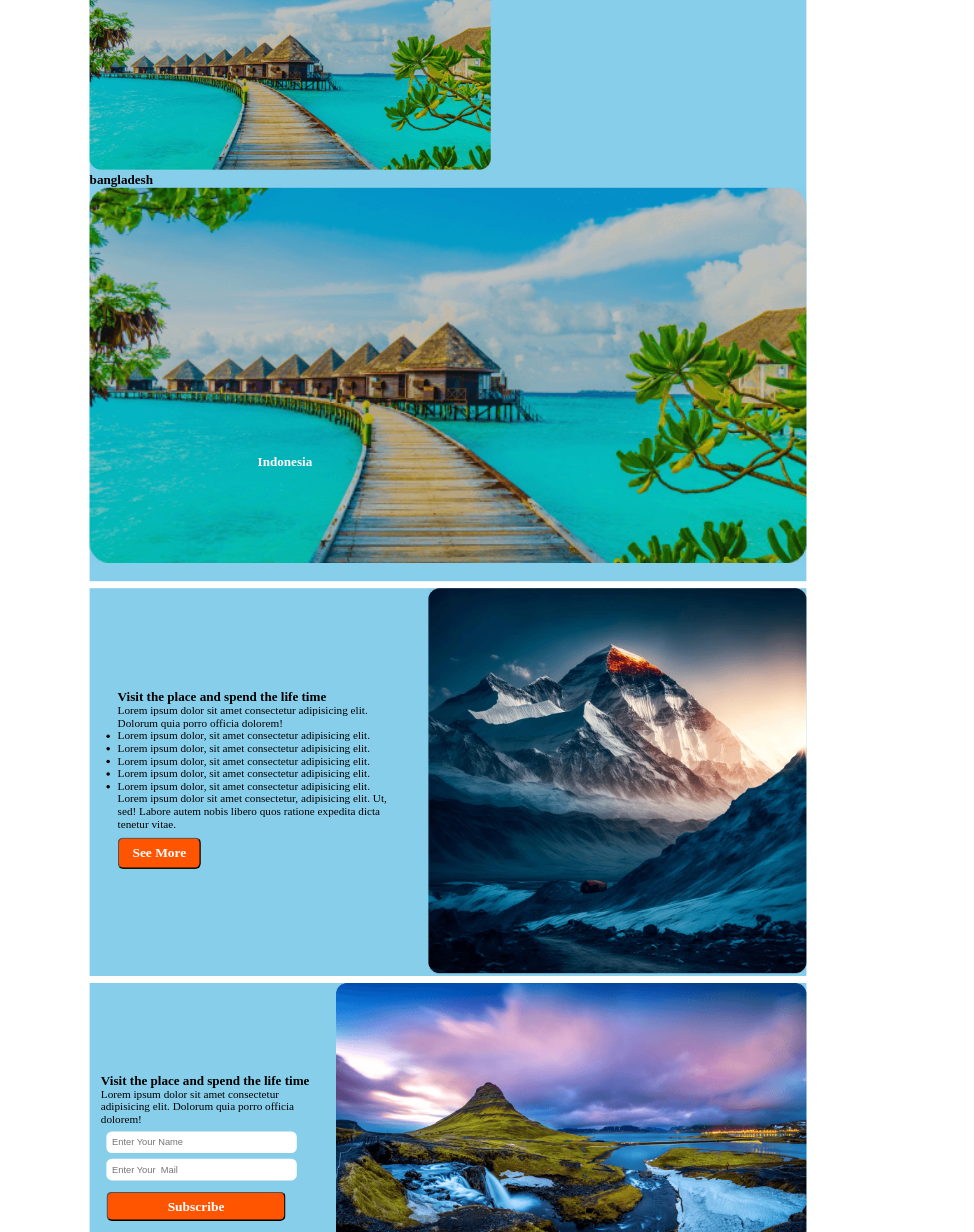
Repository: sumonkumarsarkar/Sk-Travel-Agency-
Page: index.html
An editor plug-in stored every save of this project. The page is shown before and after the next save, followed by the edit.
The browser window is 1280 px wide. The page is 1392 px wide, so the pictures cover 1392 px, including what lies to the right of the window. The pictures show the part of the page from y = 1736 to 3496 px (the page is 3862 px tall before and 3626 px after), at 70% of full size.

Above is the page before, as saved 2024-01-17 07:12:28.

After the next save:
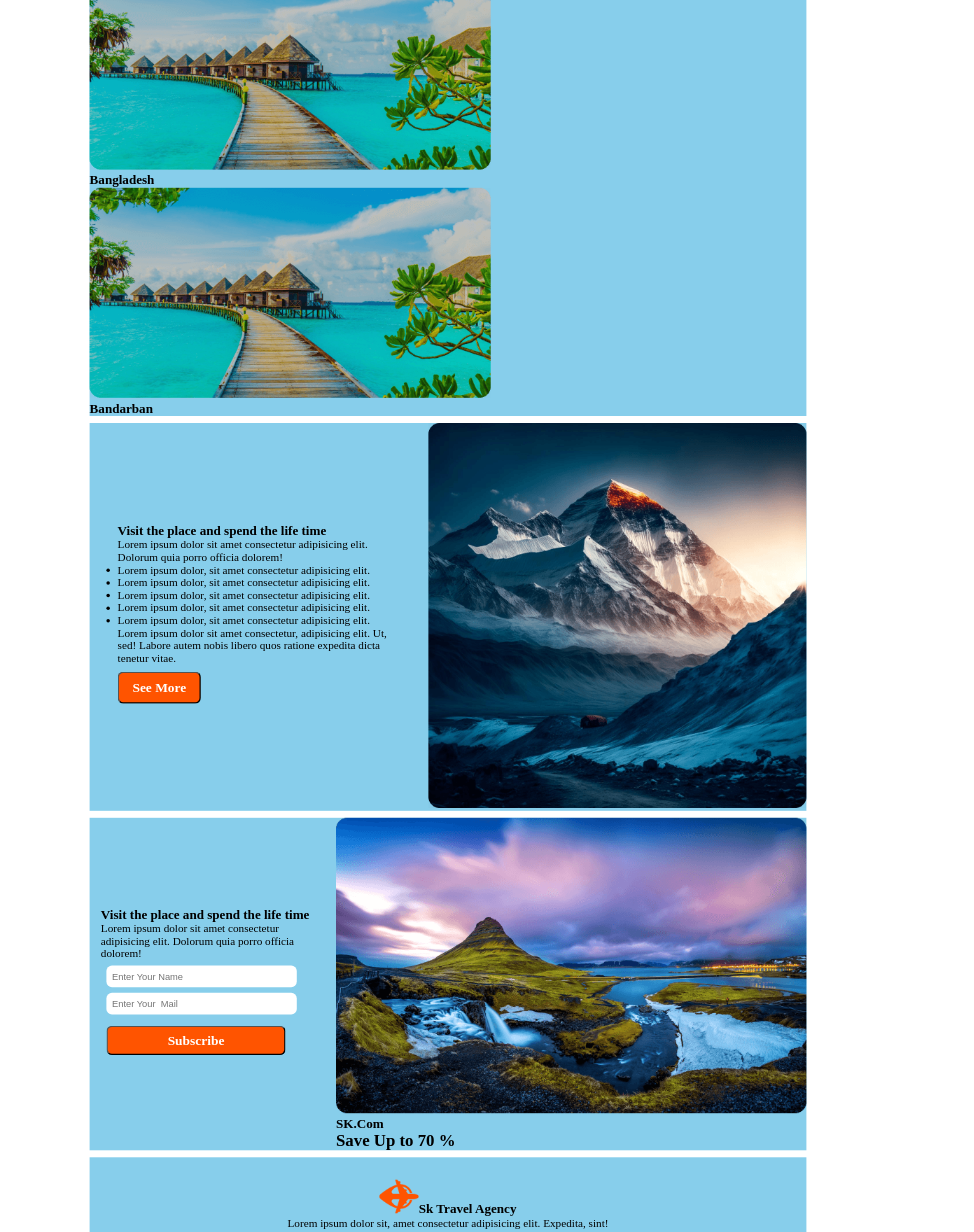
Saved 65 s later.
--- a/index.html
+++ b/index.html
@@ -93,11 +93,11 @@
         <div class="img-row3">
             <div class="banngladesh-image">
                 <img src="./Images/Rectangle 5.png" alt="">
-                <h3>bangladesh</h3>
-             </div>
-             <div class="indonesia-image">
-                <img src="./Images/Rectangle 5.png" alt="">
-                <h3>Indonesia</h3>
+                <h3>Bangladesh</h3>
+             </div>
+             <div class="bandarban-image">
+                <img src="./Images/Rectangle 5.png" alt="">
+                <h3>Bandarban</h3>
              </div>
         </div>
 
